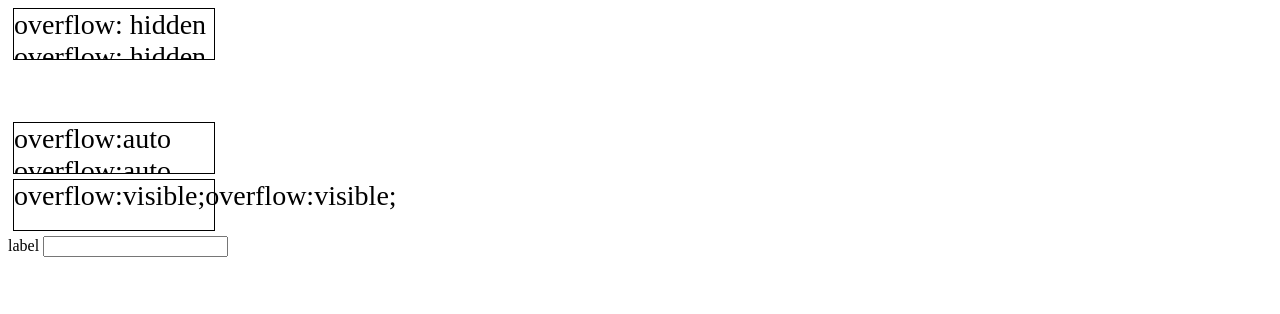
Repository: Seonhanbit/dev
Page: work_frontend/CSSEx/WebContent/09positioning/02.visible_overflow.html
These files come from the project's save history. The page is drawn as it stood at one moment and after the next save; the edit follows.
The browser window is 1280 px wide. The pictures show the whole page.

Above is the page before, as saved 2019-08-27 03:17:46.

### work_frontend/CSSEx/WebContent/09positioning/02.visible_overflow.html
<!DOCTYPE html PUBLIC "-//W3C//DTD HTML 4.01 Transitional//EN" "http://www.w3.org/TR/html4/loose.dtd">
<html>
<head>
<meta http-equiv="Content-Type" content="text/html; charset=UTF-8">
<title>Insert title here</title>
<style type="text/css">
div {
	width: 200px;
	height: 50px;
	border: 1px solid #000;
	font-size: 28px;
	margin: 5px;
}
.a {
	overflow: hidden;
}
.b {
	visibility: hidden;
}
.c {
	overflow: auto;
}

.d {
	display: none;
}

.e {
	overflow: visible;;
}

label, input {
	display: inline;
}
</style>
</head>
<body>
	<div class="a">
		overflow: hidden<br />overflow: hidden
	</div>
	<div class="b">
		visibility:hidden<br />visibility:hidden
	</div>
	<div class="c">
		overflow:auto<br />overflow:auto
	</div>
	<div class="d">display:none;display:none;</div>
	<div class="e">overflow:visible;overflow:visible;</div>
	<label>label</label>
	<input type="text" />
</body>
</html>

After the next save:
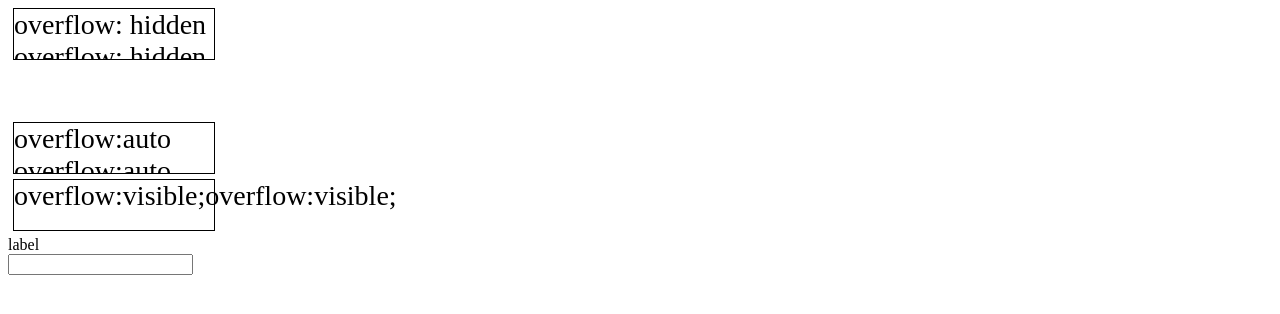
Saved 117 min 41 s later.
--- a/work_frontend/CSSEx/WebContent/09positioning/02.visible_overflow.html
+++ b/work_frontend/CSSEx/WebContent/09positioning/02.visible_overflow.html
@@ -30,7 +30,7 @@ div {
 }
 
 label, input {
-	display: inline;
+	display: block;
 }
 </style>
 </head>
